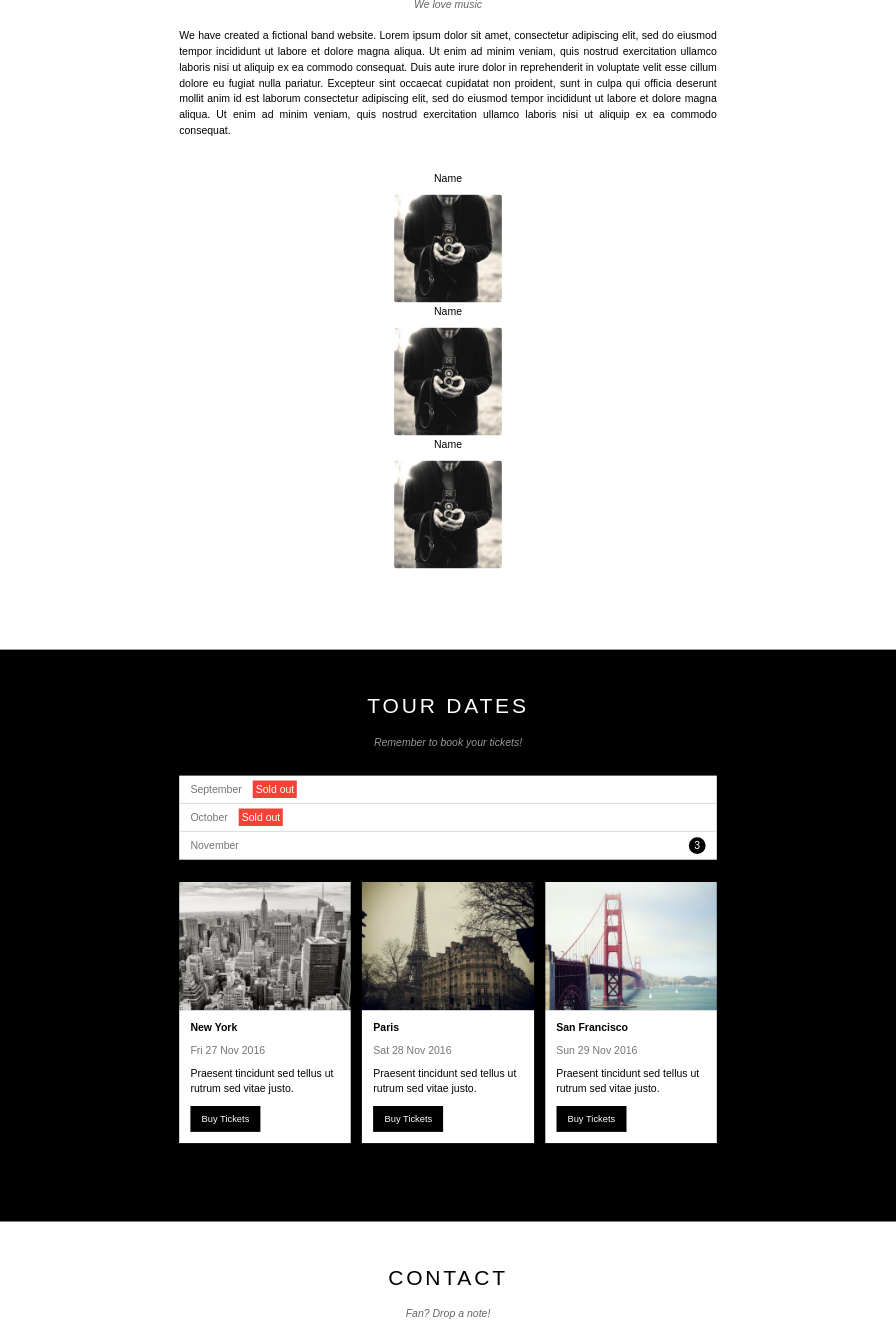
Repository: maivannhan1998/git-w3band
Page: index.html
The author's editor kept a copy of each file at every save. The page is drawn from the files as they stood at one save, then again after the next save.
The browser window is 1280 px wide. The pictures show the part of the page from y = 810 to 2730 px (the page is 3887 px tall before and 3903 px after), at 70% of full size.

Above is the page before, as saved 2021-09-11 10:59:38.

After the next save:
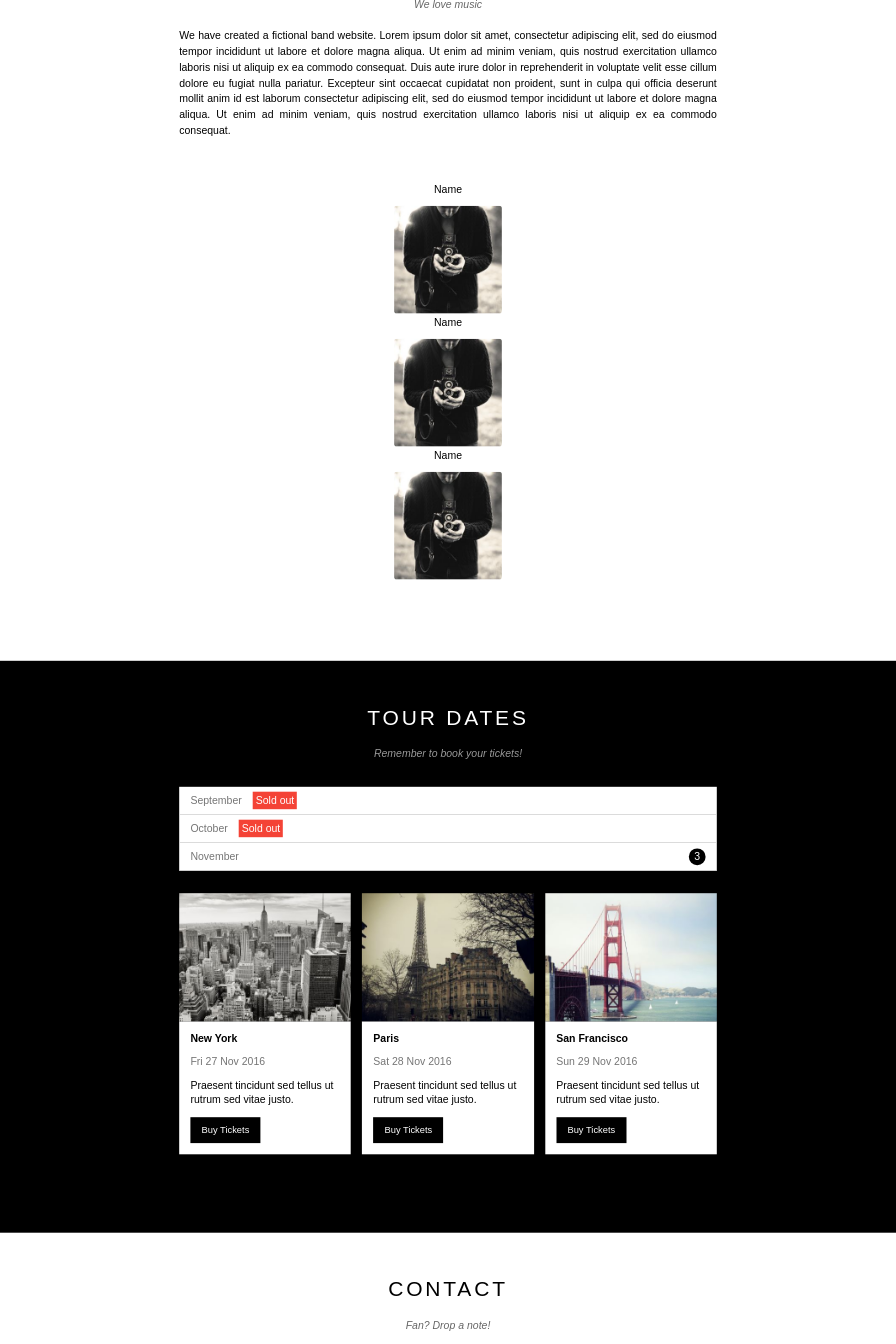
Saved 46 s later.
--- a/index.html
+++ b/index.html
@@ -59,7 +59,7 @@
                 <p class="heading-sub-section">We love music</p>
                 <p class="about-text">We have created a fictional band website. Lorem ipsum dolor sit amet, consectetur adipiscing elit, sed do eiusmod tempor incididunt ut labore et dolore magna aliqua. Ut enim ad minim veniam, quis nostrud exercitation ullamco laboris nisi ut aliquip ex ea commodo consequat. Duis aute irure dolor in reprehenderit in voluptate velit esse cillum dolore eu fugiat nulla pariatur. Excepteur sint occaecat cupidatat non proident, sunt in culpa qui officia deserunt mollit anim id est laborum consectetur adipiscing elit, sed do eiusmod tempor incididunt ut labore et dolore magna aliqua. Ut enim ad minim veniam, quis nostrud exercitation ullamco laboris nisi ut aliquip ex ea commodo consequat.</p>
                 <div class="row members-list">
-                    <div class="col col-third s-col-full text-center">
+                    <div class="col col-third s-col-full mt-16 text-center">
                          <p class="member-name">Name</p>
                          <img src="./asset/img/band/member1.jpg" alt="Name" class="member-img">
                     </div>
